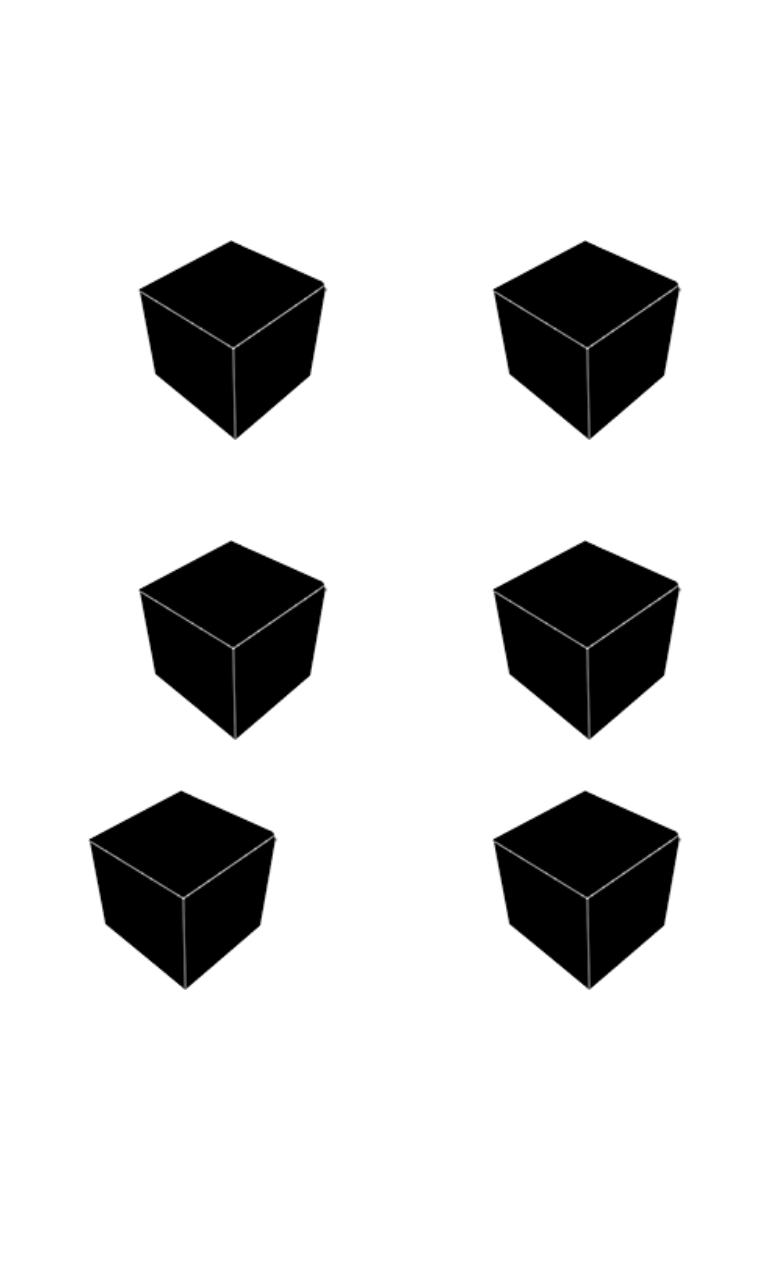
Repository: DSKarramba/university
Layout: models_and_methods_ICS/lab_01/code/calc/res/layout/activity_main.xml
An editor plug-in stored every save of this project. The layout is shown before and after the next save, followed by the edit.
It is drawn on a 768 x 1280 px phone screen (xhdpi) without system bars, with theme AppTheme; the app's code is not run.

Above is the layout before, as saved 2014-12-11 03:42:16.

### models_and_methods_ICS/lab_01/code/calc/res/layout/activity_main.xml
<RelativeLayout xmlns:android="http://schemas.android.com/apk/res/android"
    xmlns:tools="http://schemas.android.com/tools"
    android:layout_width="match_parent"
    android:layout_height="match_parent"
    android:layout_gravity="top"
    android:paddingBottom="@dimen/activity_vertical_margin"
    android:paddingLeft="@dimen/activity_horizontal_margin"
    android:paddingRight="@dimen/activity_horizontal_margin"
    android:paddingTop="@dimen/activity_vertical_margin"
    tools:context="com.example.calc.MainActivity" >

    <ImageButton
        android:id="@+id/img1"
        android:layout_width="100dp"
        android:layout_height="100dp"
        android:layout_above="@+id/img3"
        android:layout_alignLeft="@+id/img3"
        android:layout_marginBottom="50dp"
        android:background="@android:color/transparent"
        android:contentDescription="@string/str_box"
        android:scaleType="fitCenter"
        android:src="@drawable/box" />

    <ImageButton
        android:id="@+id/img2"
        android:layout_width="100dp"
        android:layout_height="100dp"
        android:layout_above="@+id/img4"
        android:layout_alignRight="@+id/img4"
        android:layout_marginBottom="50dp"
        android:background="@android:color/transparent"
        android:contentDescription="@string/str_box"
        android:scaleType="fitCenter"
        android:src="@drawable/box" />

    <ImageButton
        android:id="@+id/img3"
        android:layout_width="100dp"
        android:layout_height="100dp"
        android:layout_alignParentLeft="true"
        android:layout_centerVertical="true"
        android:layout_marginLeft="50dp"
        android:background="@android:color/transparent"
        android:contentDescription="@string/str_box"
        android:scaleType="fitCenter"
        android:src="@drawable/box" />

    <ImageButton
        android:id="@+id/img4"
        android:layout_width="100dp"
        android:layout_height="100dp"
        android:layout_alignLeft="@+id/img6"
        android:layout_centerVertical="true"
        android:background="@android:color/transparent"
        android:contentDescription="@string/str_box"
        android:scaleType="fitCenter"
        android:src="@drawable/box" />

    <ImageButton
        android:id="@+id/img5"
        android:layout_width="100dp"
        android:layout_height="100dp"
        android:layout_alignParentLeft="true"
        android:layout_below="@+id/img3"
        android:layout_marginLeft="25dp"
        android:layout_marginTop="25dp"
        android:background="@android:color/transparent"
        android:contentDescription="@string/str_box"
        android:scaleType="fitCenter"
        android:src="@drawable/box" />

    <ImageButton
        android:id="@+id/img6"
        android:layout_width="100dp"
        android:layout_height="100dp"
        android:layout_alignParentRight="true"
        android:layout_below="@+id/img4"
        android:layout_marginRight="25dp"
        android:layout_marginTop="25dp"
        android:background="@android:color/transparent"
        android:contentDescription="@string/str_box"
        android:scaleType="fitCenter"
        android:src="@drawable/box" />

</RelativeLayout>

### models_and_methods_ICS/lab_01/code/calc/res/values/strings.xml
<?xml version="1.0" encoding="utf-8"?>
<resources>

    <string name="app_name">cats</string>
    <string name="action_settings">Settings</string>
    <string name="str_box">box</string>

</resources>

Loaded but not shown: models_and_methods_ICS/lab_01/code/calc/res/values/styles.xml (common file); models_and_methods_ICS/lab_01/code/calc/res/values-v11/styles.xml (common file); models_and_methods_ICS/lab_01/code/calc/res/values-v14/styles.xml (common file); models_and_methods_ICS/lab_01/code/calc/res/values/dimens.xml (common file); models_and_methods_ICS/lab_01/code/calc/res/values-w820dp/dimens.xml (common file)

After the next save:
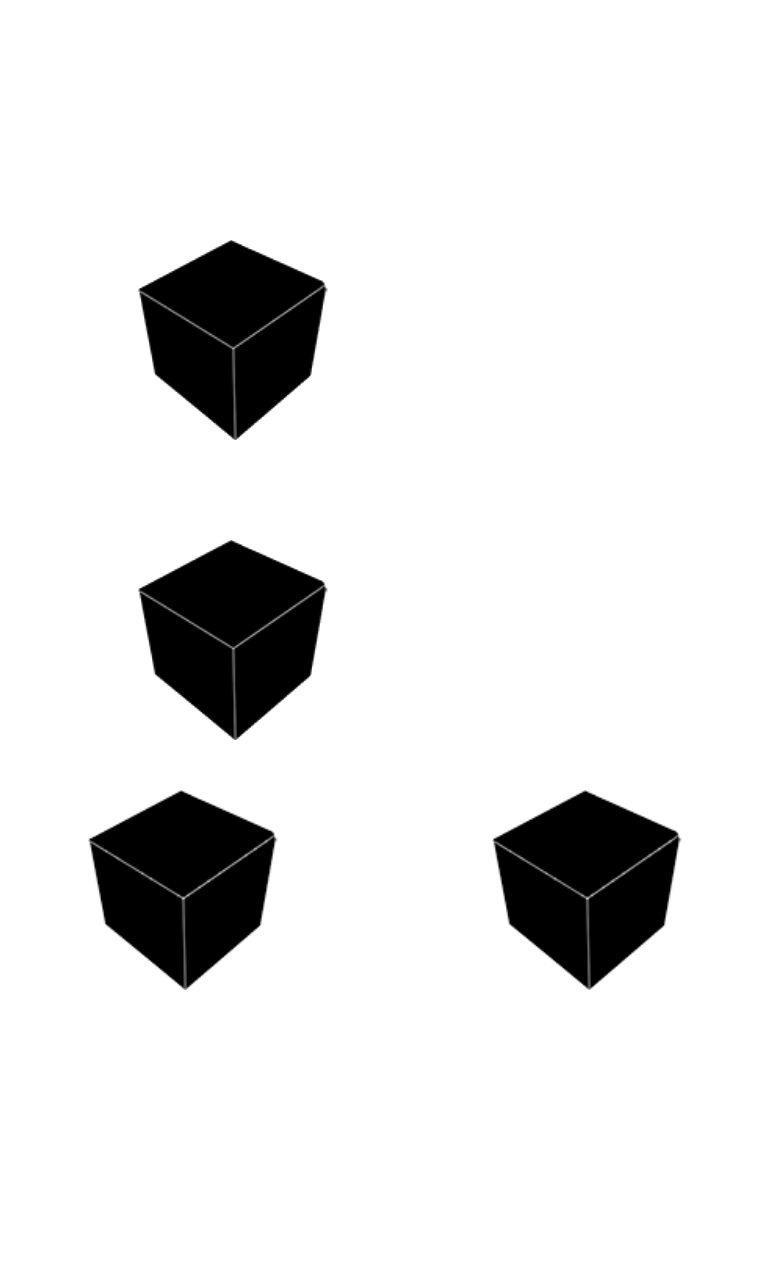
Saved 23 s later.
--- a/models_and_methods_ICS/lab_01/code/calc/res/layout/activity_main.xml
+++ b/models_and_methods_ICS/lab_01/code/calc/res/layout/activity_main.xml
@@ -49,8 +49,9 @@
         android:id="@+id/img4"
         android:layout_width="100dp"
         android:layout_height="100dp"
-        android:layout_alignLeft="@+id/img6"
+        android:layout_alignParentLeft="true"
         android:layout_centerVertical="true"
+        android:layout_marginLeft="50dp"
         android:background="@android:color/transparent"
         android:contentDescription="@string/str_box"
         android:scaleType="fitCenter"
